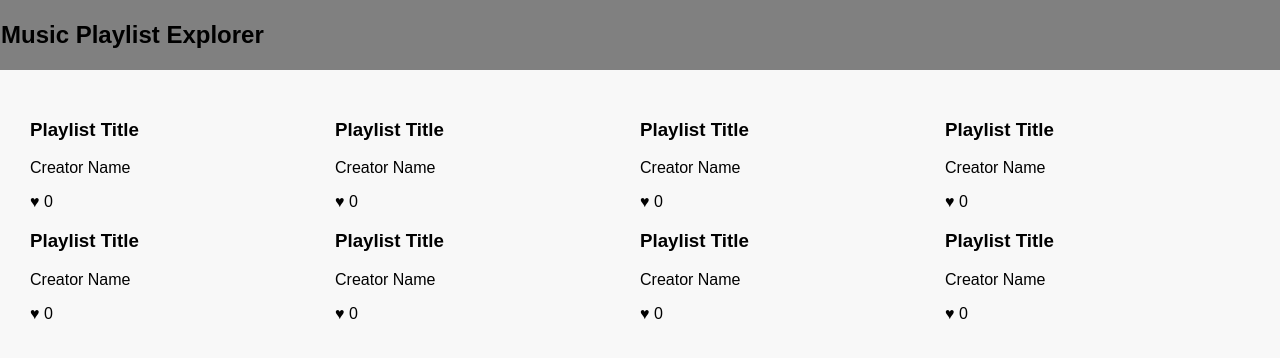
Repository: valentinaarojas/music-player-explorer
Page: index.html
An editor plug-in stored every save of this project. The page is shown before and after the next save, followed by the edit.
The browser window is 1280 px wide. The pictures show the whole page.

Above is the page before, as saved 2025-02-18 18:24:12.
Console error: SyntaxError: Unexpected token '{'

After the next save:
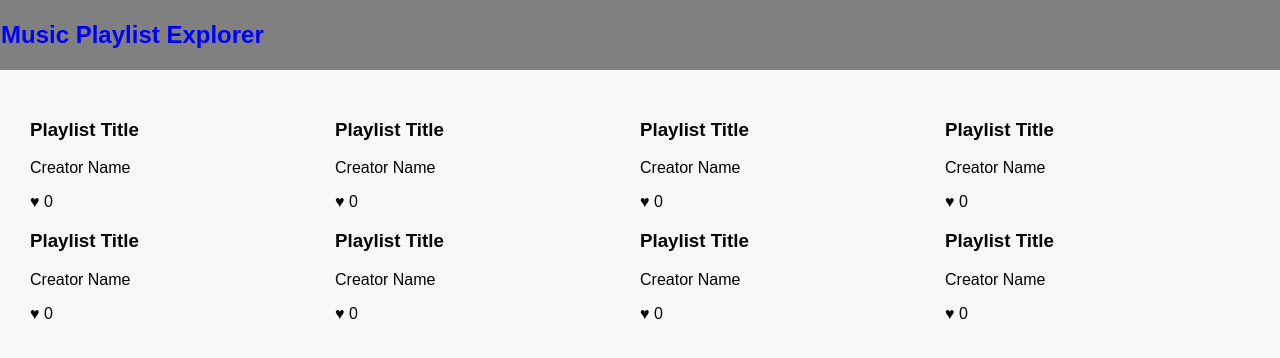
Saved 4 s later.
--- a/style.css
+++ b/style.css
@@ -8,7 +8,7 @@
 .banner {
     background-color: grey;
     padding: 1px;
-    color: w
+    color: blue;
 }
 
 .playlist-cards {

After the 3 saves that followed:
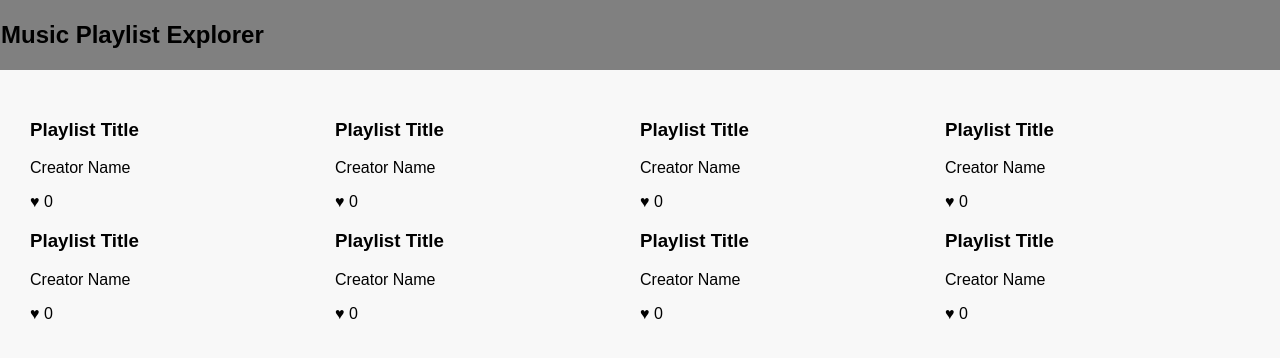
The 3 saves are shown as one change because they came seconds apart.
The last was saved 9 s later.
--- a/style.css
+++ b/style.css
@@ -8,7 +8,6 @@
 .banner {
     background-color: grey;
     padding: 1px;
-    color: blue;
 }
 
 .playlist-cards {
